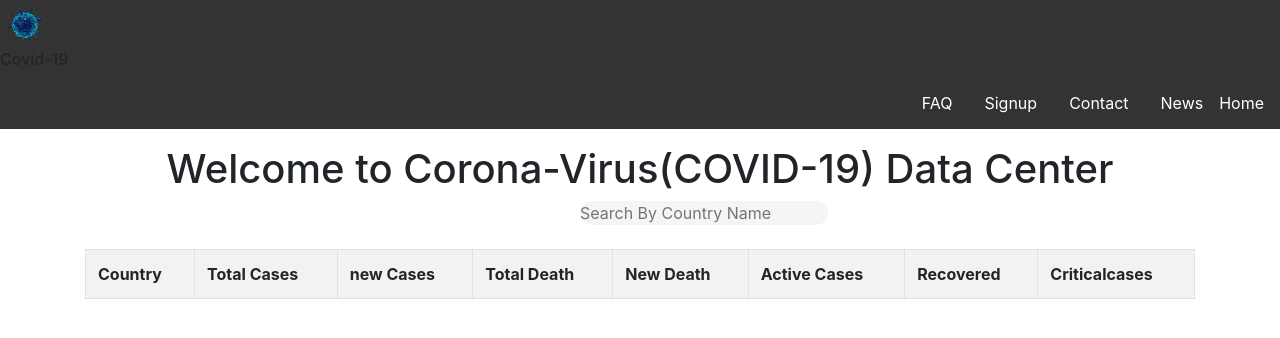
Repository: xthashankar/COVID-19-data-
Page: index.html
The author's editor kept a copy of each file at every save. The page is drawn from the files as they stood at one save, then again after the next save.
The browser window is 1280 px wide. The pictures show the whole page.
The page's requests for data from a server got no answer.

Above is the page before, as saved 2020-04-15 19:34:47.

### index.html
<!DOCTYPE html>
<html lang="en">
<head>
    <meta charset="UTF-8">
    <meta name="viewport" content="width=device-width, initial-scale=1.0">
    <link rel="stylesheet" href="https://maxcdn.bootstrapcdn.com/bootstrap/4.4.1/css/bootstrap.min.css">
     <script src="https://ajax.googleapis.com/ajax/libs/jquery/3.4.1/jquery.min.js"></script>
     <script src="https://cdnjs.cloudflare.com/ajax/libs/popper.js/1.16.0/umd/popper.min.js"></script>
    <script src="https://maxcdn.bootstrapcdn.com/bootstrap/4.4.1/js/bootstrap.min.js"></script>
    <link rel="stylesheet" href="css/styles.css">
    <title>Document</title>
</head>
<body>
        <ul   >
            <img src="image/coronavirus.png">
            <h6>Covid-19</h6>
            <li><a class="nav" href="#">Home</a></li>
            <li><a href="#">News</a></li>
            <li><a href="#">Contact</a></li>
            <li><a href="#">Signup</a></li>
            <div class="dropdown">
                <button class="dropbtn">FAQ
                </button>
                <div class="dropdown-content">
                  <a href="qa.html">English</a>
                  <a href="nqa.html">Nepali</a>
                </div>
                </div>

        </ul>

    <h1>Welcome to Corona-Virus(COVID-19) Data Center</h1>
    <input type="text" name="filter" id="search" placeholder="Search By Country Name" onkeyup="search()">
    <div class="container">

        <br>
        <table class="table table-bordered  table-striped">
            <thread>
                <tr>
                    <th>Country</th>
                    <th>Total Cases</th>
                    <th>new Cases</th>
                    <th>Total Death</th>
                    <th>New Death</th>
                    <th>Active Cases</th>
                    <th>Recovered</th>
                    <th>Criticalcases</th>
            </tr>
            </thread>
            <tbody  id="coranavirus">
            </tbody>
        </table>
    </div>
</body>
<script src="javascript/main.js"></script>
</html>

### css/styles.css
/*
body {
	font-family: 'Roboto', sans-serif;
	background-color: #eae7d9;
	margin: 0;
	padding: 0;
} */
*{
  padding: 0;
  margin: 0;
}
ul{
    list-style-type:none;
    overflow: hidden;
    background-color:#333;
}
li{
   float:right;
}
li a{

    display: block;
    color:white;
    text-align: center;
    padding: 14px 16px;
    text-decoration: none;
}
li a:hover{
    background-color: #111;
}
h1{
    text-align: center;
}
#search{

    border-radius: 10px;
    margin:5 auto;
    border-radius: 10px;
    margin-left: 580px;
    border: none;
    border-radius: 15px;
    background-color:whitesmoke;
}
img{
    width:50px;
    height:50px;
}

.nav {
    overflow: hidden;
    background-color: #333;
  }

  .nav a {
    float: right;
    font-size: 16px;
    color: white;
    text-align: center;
    padding: 14px 16px;
    text-decoration: none;
  }

  .dropdown {
    float: right;
    overflow: hidden;
  }

  .dropdown .dropbtn {
    font-size: 16px;
    border: none;
    outline: none;
    color: white;
    padding: 14px 16px;
    background-color: inherit;
    font-family: inherit;
    margin: 0;
  }

  .nav a:hover, .dropdown:hover .dropbtn {
    background-color: red;
  }

  .dropdown-content {
    display: none;
    position: absolute;
    background-color: #f9f9f9;
    min-width: 160px;
    box-shadow: 0px 8px 16px 0px rgba(0,0,0,0.2);
    z-index: 1;
  }

  .dropdown-content a {
    float: right;
    color: black;
    padding: 12px 16px;
    text-decoration: none;
    display: block;
    text-align: right;
  }

  .dropdown-content a:hover {
    background-color: #ddd;
  }

  .dropdown:hover .dropdown-content {
    display: block;
  }
  .nav h6{
    margin: 14px;
    float: right;
	  color: white;
  }

### javascript/main.js
// let who='';
let URL='https://nepalcorona.info/api/v1/data/world'
fetch(URL)
.then(function(response){
   return response.json()
}).then(function(covid){
//    console.log(covid);
       if(covid.length>0)
       {
           var coviddata='';
           covid.forEach(function(data){
            // coviddata +="<tr>";
            if(data.country!="")
            {
            coviddata +="<tr><td>"+data.country+"</td>";
            coviddata +="<td>"+data.totalCases+"</td>";
            coviddata +="<td>"+data.newCases+"</td>";
            coviddata +="<td>"+data.totalDeaths+"</td>";
            coviddata +="<td>"+data.newDeaths+"</td>";
            coviddata +="<td>"+data.activeCases+"</td>";
            coviddata +="<td>"+data.totalRecovered+"</td>";
            coviddata +="<td>"+data.criticalCases+"</td></tr>";
            console.log(coviddata);
            }
            document.getElementById('coranavirus').innerHTML=coviddata;
           })
       }
   })
   //for search
function search(){
    let filter=document.getElementById("search").value.toUpperCase();
    let table=document.getElementById("coranavirus");
    let tr=table.getElementsByTagName("tr");
    for(let i=0;i<tr.length;i++)
    {
     let td=tr[i].getElementsByTagName("td")[0];
        if(td)
        {
         let txtValue=td.textContent||td.innerText;
         if(txtValue.toUpperCase().indexOf(filter)>-1)
            {
            tr[i].style.display="";
            }else
            {
            tr[i].style.display="none";
            }
        }
    }
}

After the next save:
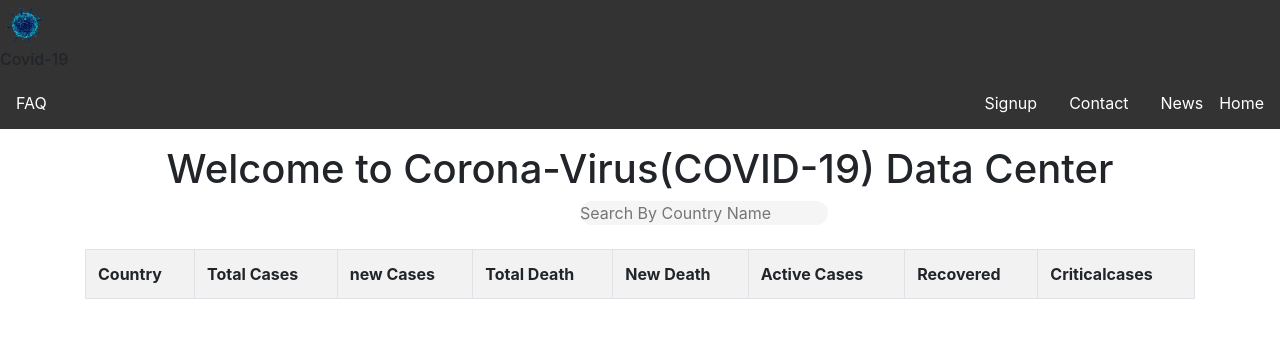
Saved 23 s later.
--- a/css/styles.css
+++ b/css/styles.css
@@ -61,7 +61,7 @@ img{
   }
 
   .dropdown {
-    float: right;
+
     overflow: hidden;
   }
 
